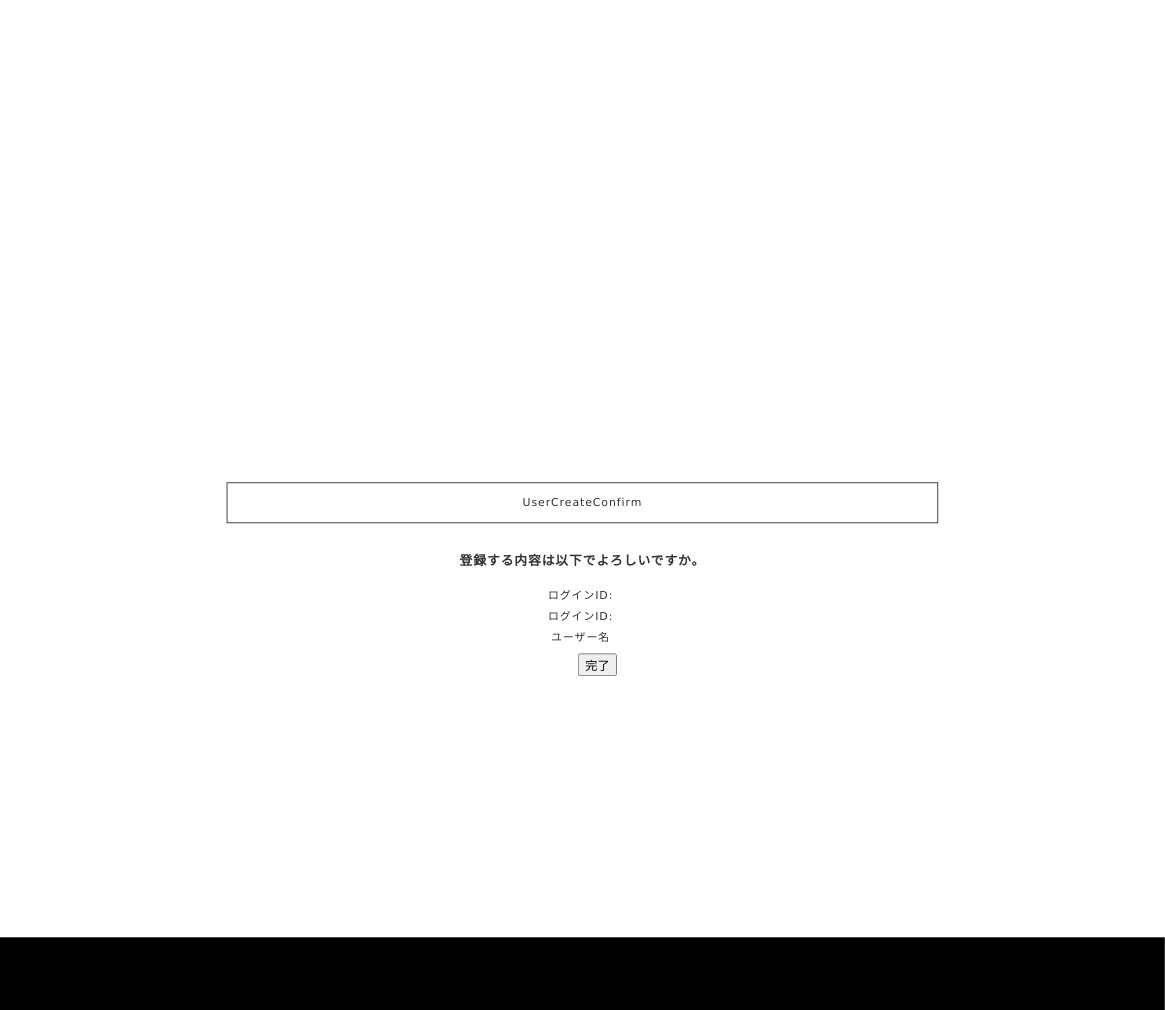
Repository: Wildbird-Yachou/test
Page: http://localhost/template/userCreateConfirm.jsp
The author's editor kept a copy of each file at every save. The page is drawn from the files as they stood at one save, then again after the next save.
The browser window is 1280 px wide. The pictures show the whole page, at 91% of full size.
The page is served by Tomcat 9. Other server files are loaded and not shown.

Above is the page before, as saved 2018-09-10 10:11:58.

### template/WebContent/userCreateConfirm.jsp
<%@ page language="java" contentType="text/html; charset=UTF-8"
    pageEncoding="UTF-8"%>
<%@ taglib prefix="s" uri="/struts-tags" %>
<!DOCTYPE html PUBLIC "-//W3C//DTD HTML 4.01 Transitional//EN" "http://www.w3.org/TR/html4/loose.dtd">
<html>
<head>
<meta http-equiv="Content-Type" content="text/html; charset=UTF-8">
<meta http-equiv="Content-Style-Type" content="text-css" />
<meta http-equiv="Content-Script-Type" content="text/javascript" />
<meta http-equiv="imagetoolbar" content="no" />
<meta name="description" content="" />
<meta name="keywords" content="" />
<title>UserCreateConfirm画面</title>

<style type="text/css">
body{
margin:0;
padding:0;
line-height:1.6;
letter-spacing:1px;
font-family:Verdana,Helvetica,sans-serif;
font-size:12px;
color:#333;
background:#fff;
}

table{
text-align:center;
margin:0 auto;
}

#top{
width:780px;
margin:30px auto;
border:1px solid #333;
}

#header{
width:100%;
height:500px;
text-align:center;
}

#main{
width:100%;
height:500px;
text-align:center;
}

#footer{
width:100%;
height:80px;
background-color:black;
clear:both;
}
</style>
</head>
<body>
<div id="header">
 <div id="pr">
 </div>
</div>
<div id="main">
 <div id="top">
  <p>UserCreateConfirm</p>
  </div>
 <div>
  <h3>登録する内容は以下でよろしいですか。</h3>
  <table>
   <s:form action="UserCreateCompleteAction">
   <tr id="box">
    <td>
     <label>ログインID:</label>
    </td>
    <td>
     <s:property value="loginUserId" escape="false" />
    </td>
   </tr>
   <tr id="box">
    <td>
     <label>ログインID:</label>
    </td>
    <td>
     <s:property value="loginUserId" escape="false" />
    </td>
   </tr>
   <tr id="box">
    <td>
     <label>ユーザー名</label>
    </td>
    <td>
     <s:property value="userName" escape="false" />
    </td>
   </tr>
   <tr>
    <td>
     <s:submit value="完了" />
    </td>
   </tr>
  </s:form>
 </table>
</div>
</div>
<div id="footer">
 <div id="pr">
 </div>
</div>


</body>
</html>

After the next save:
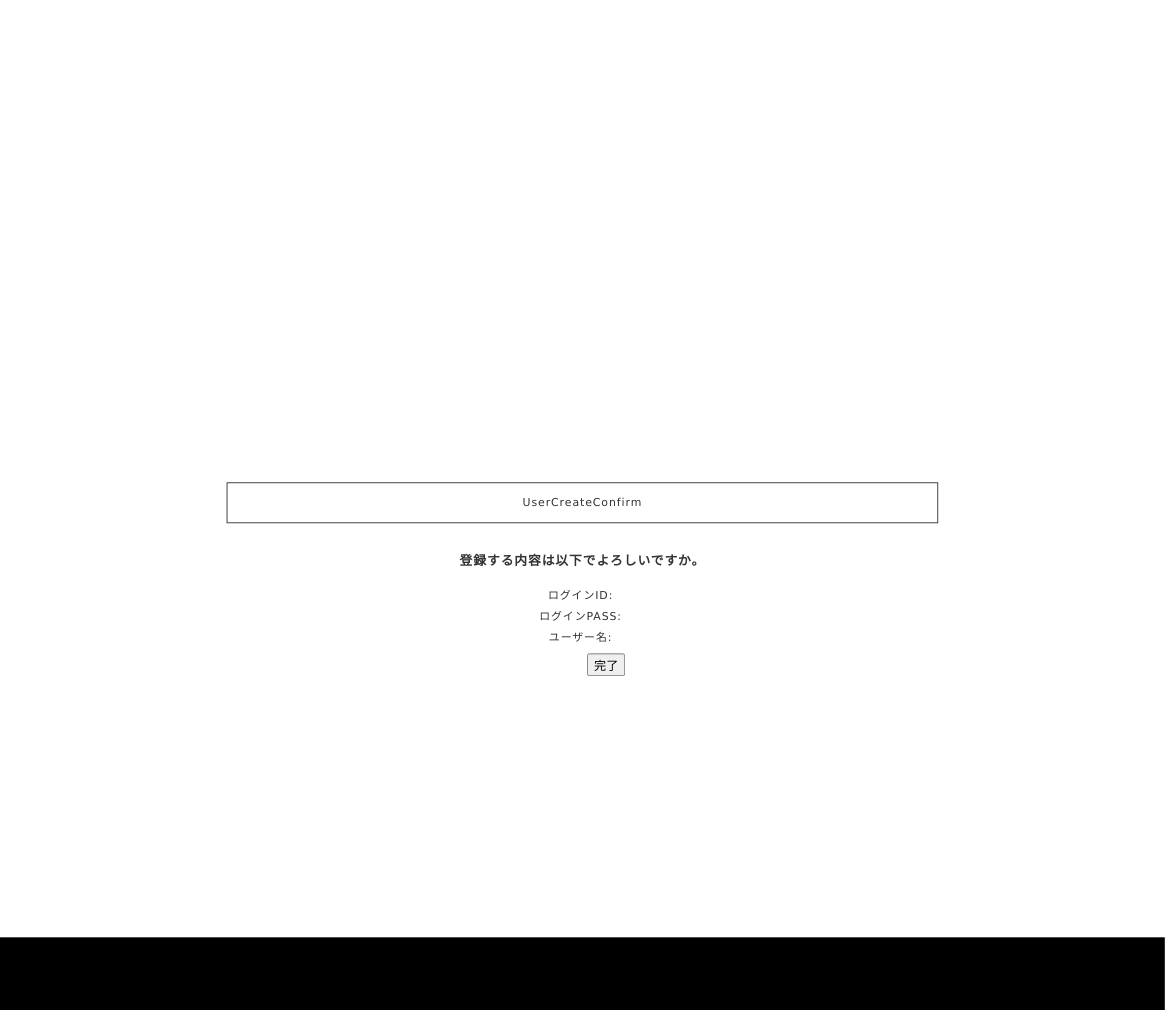
Saved 55 s later.
--- a/template/WebContent/userCreateConfirm.jsp
+++ b/template/WebContent/userCreateConfirm.jsp
@@ -78,15 +78,15 @@ clear:both;
    </tr>
    <tr id="box">
     <td>
-     <label>ログインID:</label>
+     <label>ログインPASS:</label>
     </td>
     <td>
-     <s:property value="loginUserId" escape="false" />
+     <s:property value="loginPassword" escape="false" />
     </td>
    </tr>
    <tr id="box">
     <td>
-     <label>ユーザー名</label>
+     <label>ユーザー名:</label>
     </td>
     <td>
      <s:property value="userName" escape="false" />
